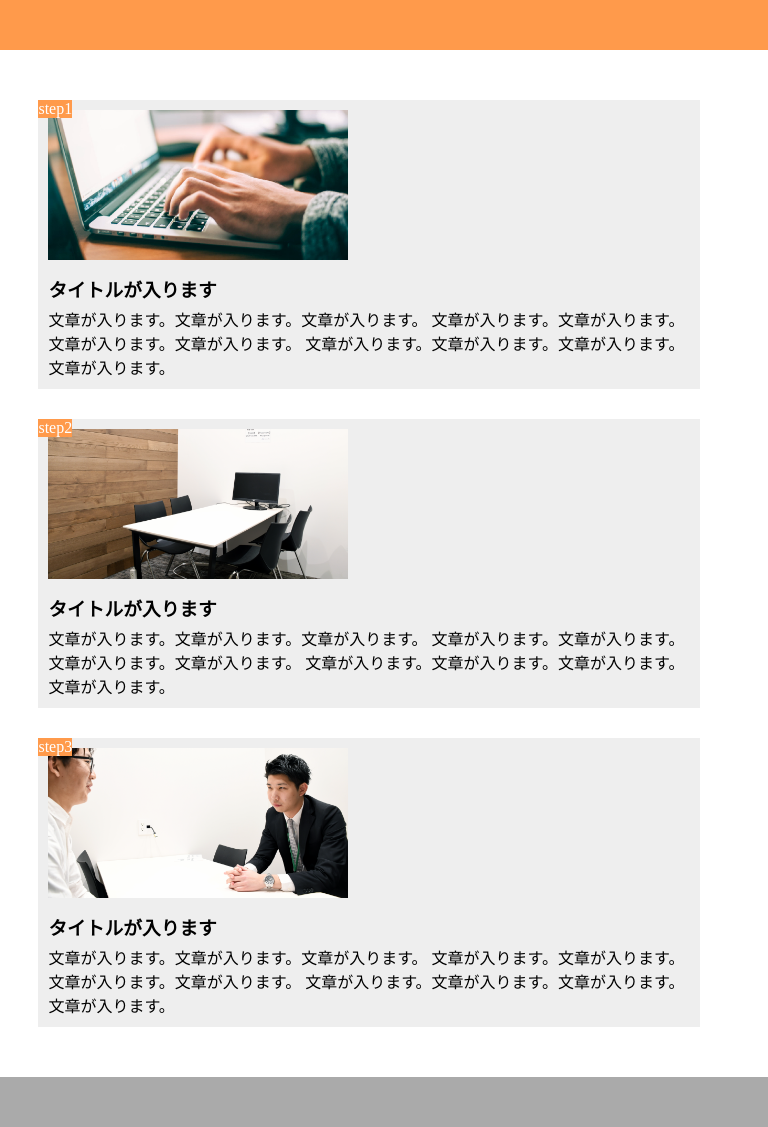
Repository: rhombus0516/bookers2-debug
Page: chapter9-2/chapter9-2.html
The author's editor kept a record of every edit. The page is drawn from the files as they stood at one moment, then again after the next edit.
The browser window is 768 px wide. The pictures show the whole page.

Above is the page before.

### chapter9-2/chapter9-2.html
<!DOCTYPE html>
 <html lang="ja">
    <head>
     <meta charset="utf-8"/>
     <meta name="viewport" content="width=device-width,initial-scale=1">

        <link rel="stylesheet" href="chapter9-2.css">
        <title>chapter9</title>
    </head>

    <body>
        <header></header>

        <main>
            <div class="main-item">
                <div class="step1"></div>
                <span class="number">step1</span>
                <h3 class="title">タイトルが入ります</h3>
                <p class="text">文章が入ります。文章が入ります。文章が入ります。
                文章が入ります。文章が入ります。文章が入ります。文章が入ります。
                文章が入ります。文章が入ります。文章が入ります。文章が入ります。
                </p>
            </div>

            <div class="main-item">
                <div class="step2"></div>
                <span class="number">step2</span>
                <h3 class="title">タイトルが入ります</h3>
                <p class="text">文章が入ります。文章が入ります。文章が入ります。
                文章が入ります。文章が入ります。文章が入ります。文章が入ります。
                文章が入ります。文章が入ります。文章が入ります。文章が入ります。</p>
            </div>

            <div class="main-item">
                <div class="step3"></div>
                <span class="number">step3</span>
                <h3 class="title">タイトルが入ります</h3>
                <p class="text">文章が入ります。文章が入ります。文章が入ります。
                文章が入ります。文章が入ります。文章が入ります。文章が入ります。
                文章が入ります。文章が入ります。文章が入ります。文章が入ります。</p>
            </div>

        </main>

        <footer></footer>

    </body>
</html>

### chapter9-2/chapter9-2.css
*{
    margin: 0;
    padding: 0;
    box-sizing: border-box;
}

header{
    height: 50px;
    width: 100%;
    background-color: #FF9A4B;
}

main{
    margin: 50px auto;
    width: 960px;
    display: flex;
}

.main-item{
    background-color: #EEEEEE;
    padding: 10px 10px;
    margin-right: 30px;
    position: relative;
}

.step1{
    width: 300px;
    background-image: url(img1/flow01.png);
    background-position: bottom;
    background-size: cover;
    height: 150px;
}

.step2{
    width: 300px;
    background-image: url(img1/flow02.png);
    background-position: bottom;
    background-size: cover;
    height: 150px;
}

.step3{
    width: 300px;
    background-image: url(img1/flow03.png);
    background-position: bottom;
    background-size: cover;
    height: 150px;
}

.number{
    position: absolute;
    background-color: #FF9A4B;
    color: #fff;
    top: 0;
    left: 0;
}

.title{
    padding-top: 15px;
}

.text{
    padding-top: 5px;
}

footer{
    height: 50px;
    width: 100%;
    background-color: #AAAAAA;
}

@media screen and (max-width: 768px) {

    header{
        width: 100%;
    }

    main{
        display: block;
        width: 90%;
    }

    .main-item{

        margin-bottom:30px;
    }

    footer{
        width: 100%;
    }
}

After the next edit:
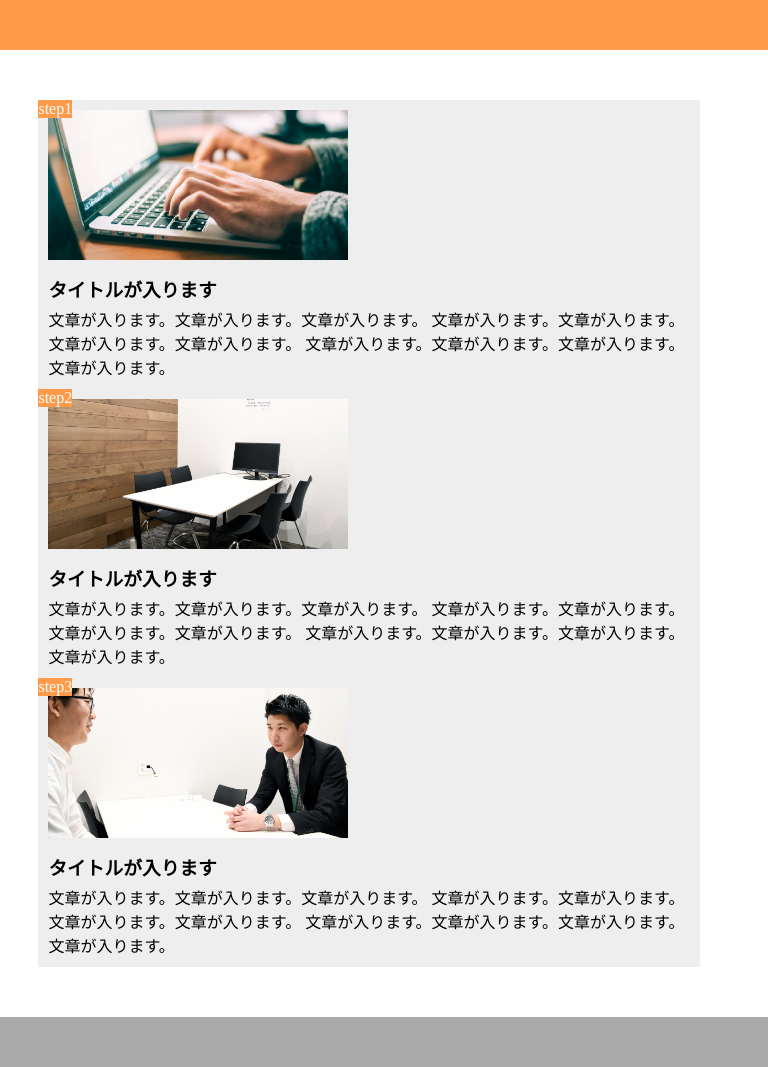
The edit:
--- a/chapter9-2/chapter9-2.css
+++ b/chapter9-2/chapter9-2.css
@@ -80,8 +80,9 @@
         width: 90%;
     }
 
-    .main-item{
-
+    .main-item1{
+        serect="img/flow01 600w"
+        size= (max-width:765px ) 768px
         margin-bottom:30px;
     }
 

After the edit that followed:
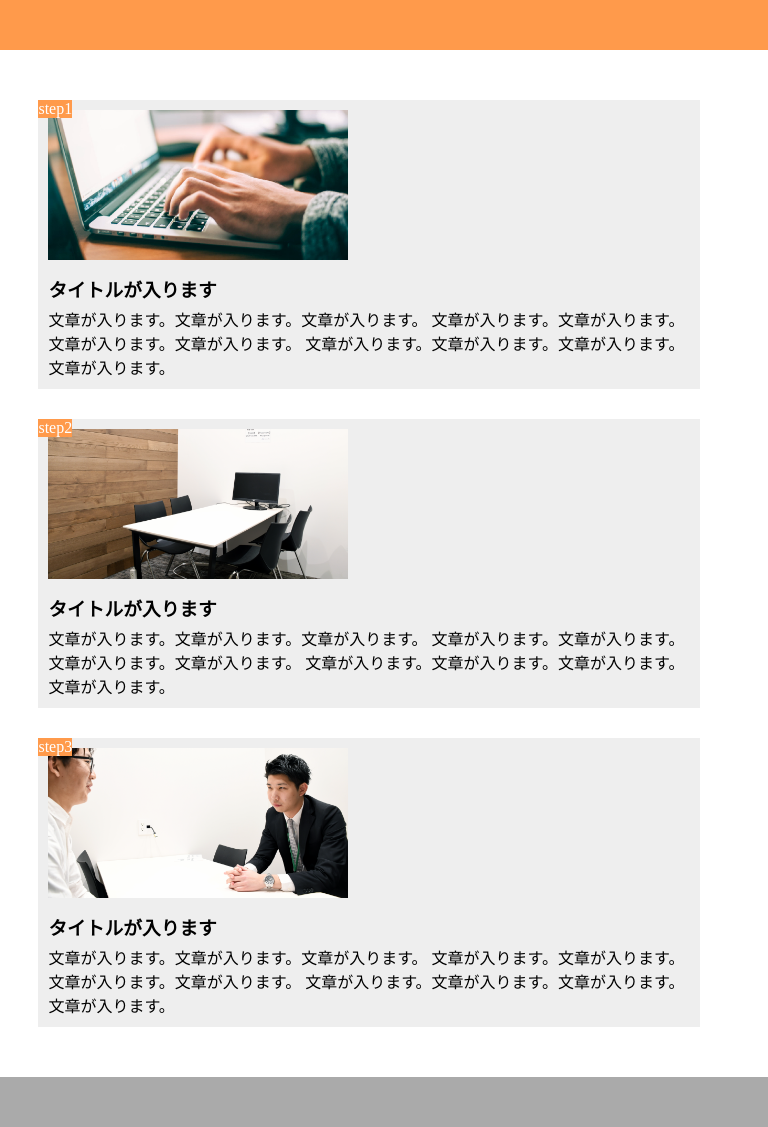
The edit:
--- a/chapter9-2/chapter9-2.css
+++ b/chapter9-2/chapter9-2.css
@@ -80,9 +80,7 @@
         width: 90%;
     }
 
-    .main-item1{
-        serect="img/flow01 600w"
-        size= (max-width:765px ) 768px
+    .main-item{
         margin-bottom:30px;
     }
 
